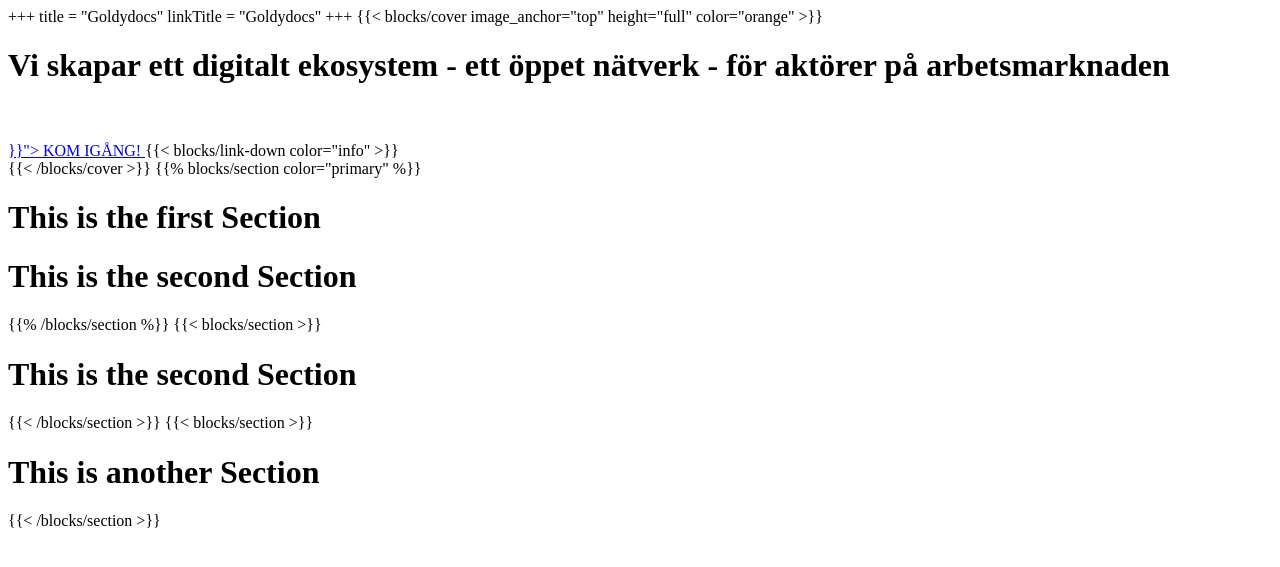
Repository: rudasn/docsy-cms-netlify
Page: content/sv/_index.html
An editor plug-in stored every save of this project. The page is shown before and after a run of saves, followed by the edit.
The browser window is 1280 px wide. The pictures show the whole page.

Above is the page before, as saved 2021-05-07 08:18:33.

### content/sv/_index.html
+++
title = "Goldydocs"
linkTitle = "Goldydocs"

+++

{{< blocks/cover  image_anchor="top" height="full" color="orange" >}}
<h1>Vi skapar ett digitalt ekosystem - ett öppet nätverk - för aktörer
	på arbetsmarknaden
</h1>
<br><br>
<div class="mx-auto">
	<a class="button -lg btn-white mr-3 mb-4" href="{{< relref "/docs" >}}">
		KOM IGÅNG! <i class="fas fa-arrow-alt-circle-right ml-2"></i>
	</a>

	{{< blocks/link-down color="info" >}}
</div>
{{< /blocks/cover >}}


{{% blocks/section color="primary" %}}
<div class="col-8">
	<h1 class="text-left">This is the first Section</h1>
</div>

<div class="col-4">
	<h1 class="text-right">This is the second Section</h1>

</div>
{{% /blocks/section %}}

<!--
{{< blocks/section color="dark" >}}
{{% blocks/feature icon="fa-lightbulb" title="New chair metrics!" %}}
The Goldydocs UI now shows chair size metrics by default.

Please follow this space for updates!
{{% /blocks/feature %}}


{{% blocks/feature icon="fab fa-github" title="Contributions welcome!" url="https://github.com/google/docsy-example" %}}
We do a [Pull Request](https://github.com/google/docsy-example/pulls) contributions workflow on **GitHub**. New users are always welcome!
{{% /blocks/feature %}}


{{% blocks/feature icon="fab fa-twitter" title="Follow us on Twitter!" url="https://twitter.com/docsydocs" %}}
For announcement of latest features etc.
{{% /blocks/feature %}}


{{< /blocks/section >}}
-->

{{< blocks/section >}}
<div class="col">
<h1 class="text-center">This is the second Section</h1>
</div>

{{< /blocks/section >}}


<!--
{{< blocks/section >}}
{{% blocks/feature icon="fab fa-app-store-ios" title="Download **from AppStore**" %}}
Get the Goldydocs app!
{{% /blocks/feature %}}


{{% blocks/feature icon="fab fa-github" title="Contributions welcome!" url="https://github.com/google/docsy-example" %}}
We do a [Pull Request](https://github.com/google/docsy-example/pulls) contributions workflow on **GitHub**. New users are always welcome!
{{% /blocks/feature %}}


{{% blocks/feature icon="fab fa-twitter" title="Follow us on Twitter!" url="https://twitter.com/GoHugoIO" %}}
For announcement of latest features etc.
{{% /blocks/feature %}}


{{< /blocks/section >}}
-->

{{< blocks/section >}}

<div class="col-12">
<h1 class="text-center">This is another Section</h1>
</div>

{{< /blocks/section >}}

After the next 3 saves:
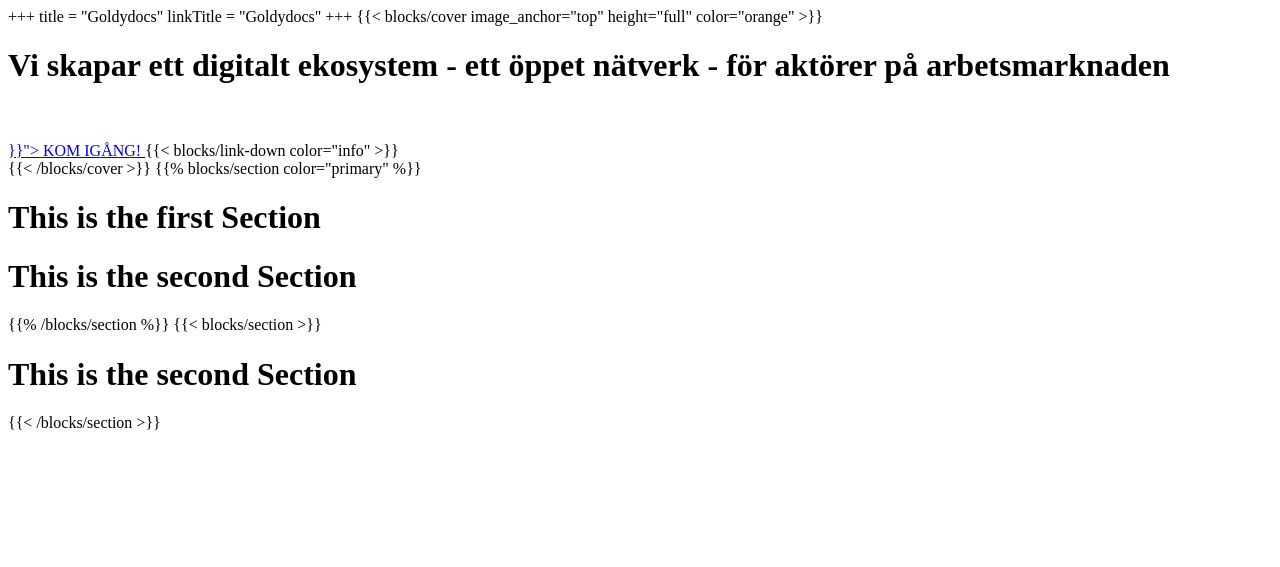
The 3 saves are shown as one change because they came seconds apart.
The last was saved 45 s later.
--- a/content/sv/_index.html
+++ b/content/sv/_index.html
@@ -79,7 +79,7 @@ For announcement of latest features etc.
 
 {{< /blocks/section >}}
 -->
-
+<!--
 {{< blocks/section >}}
 
 <div class="col-12">
@@ -87,3 +87,4 @@ For announcement of latest features etc.
 </div>
 
 {{< /blocks/section >}}
+-->
